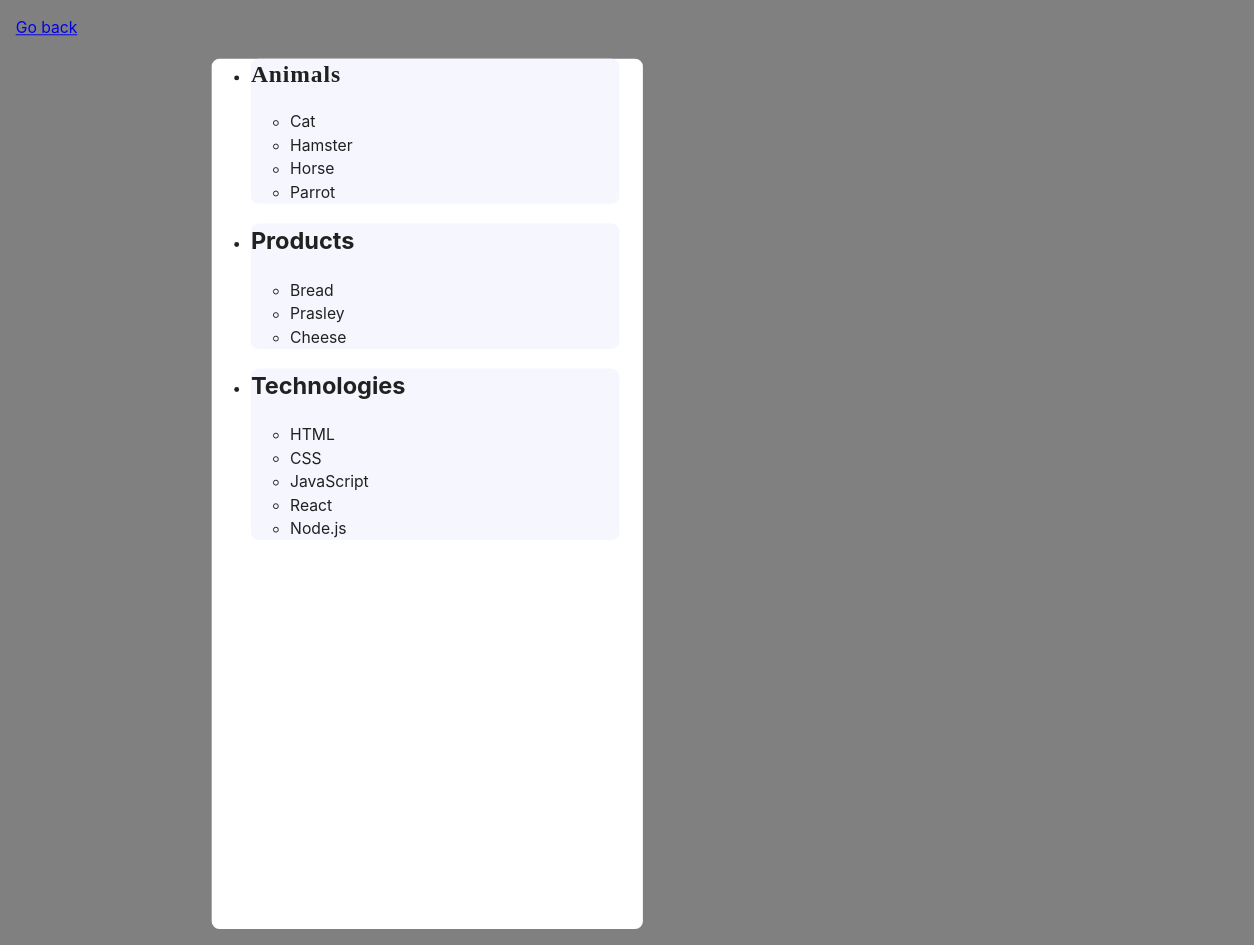
Repository: ViacheslavParfenenko/goit-js-hw-07
Page: task-1.html
The author's editor kept a copy of each file at every save. The page is drawn from the files as they stood at one save, then again after the next save.
The browser window is 1280 px wide. The pictures show the whole page, at 98% of full size.

Above is the page before, as saved 2024-07-09 17:21:22.

After the next save:
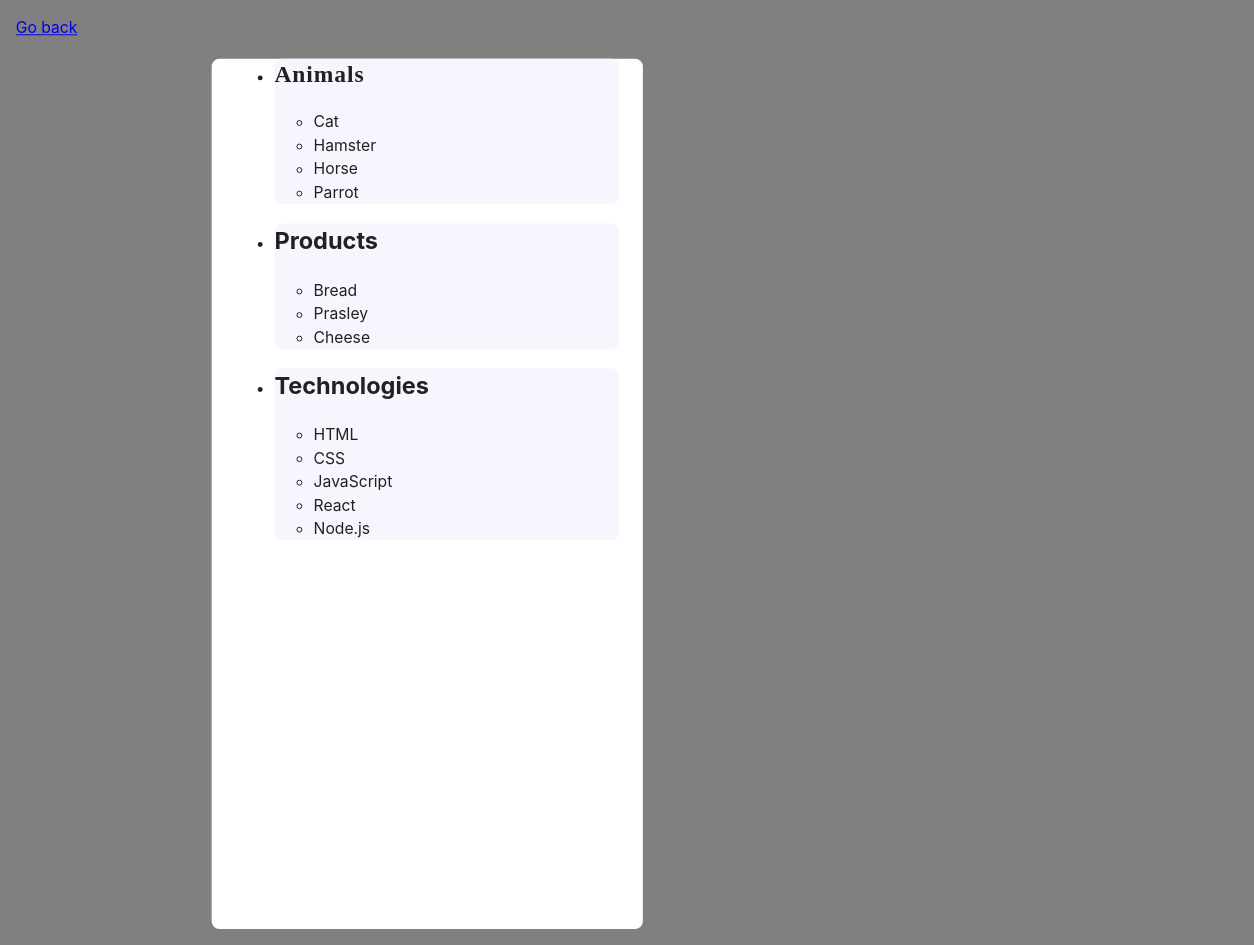
Saved 18 s later.
--- a/css/common.css
+++ b/css/common.css
@@ -26,6 +26,7 @@ body {
 .item {
   flex: auto;
   margin-right: 24px;
+  margin-left: 24px;
 
   background-color: #f6f6fe;
 
